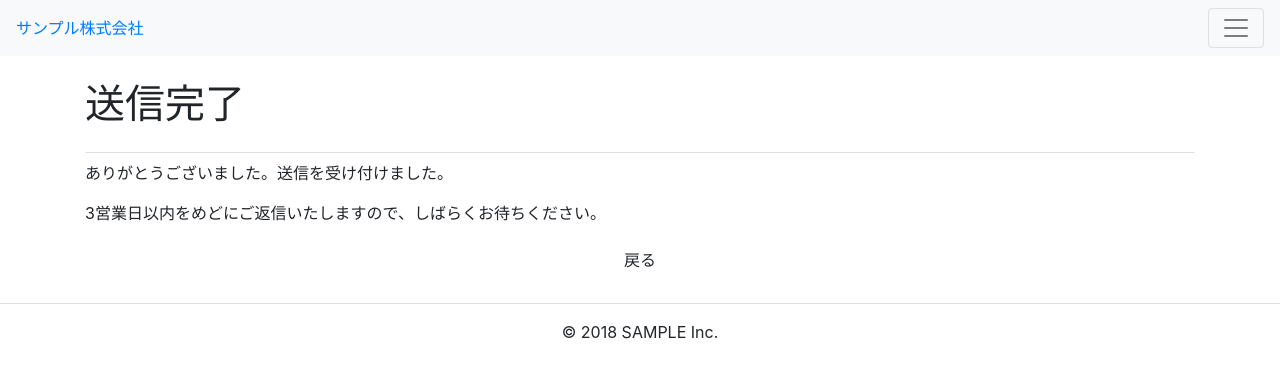
Repository: momoppii/checkii
Page: complete.html
The author's editor kept a record of every edit. The page is drawn from the files as they stood at one moment, then again after the next edit.
The browser window is 1280 px wide. The pictures show the whole page.

Above is the page before.

After the next edit:
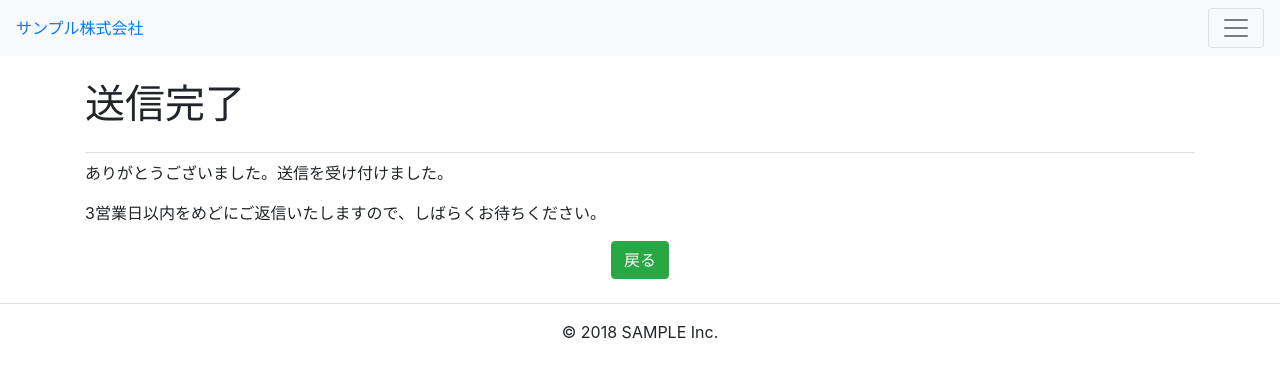
The edit:
--- a/complete.html
+++ b/complete.html
@@ -38,7 +38,7 @@
         <p>3営業日以内をめどにご返信いたしますので、しばらくお待ちください。</p>
         <div class="text-center mb-4">
             <!-- 「戻る」ボタンを緑色にする設定を追加 -->
-            <a href="contact.html" class="btn">戻る</a>
+            <a href="contact.html" class="btn btn-success">戻る</a>
         </div>
     </div>
     <footer class="text-center pt-3 border-top">
